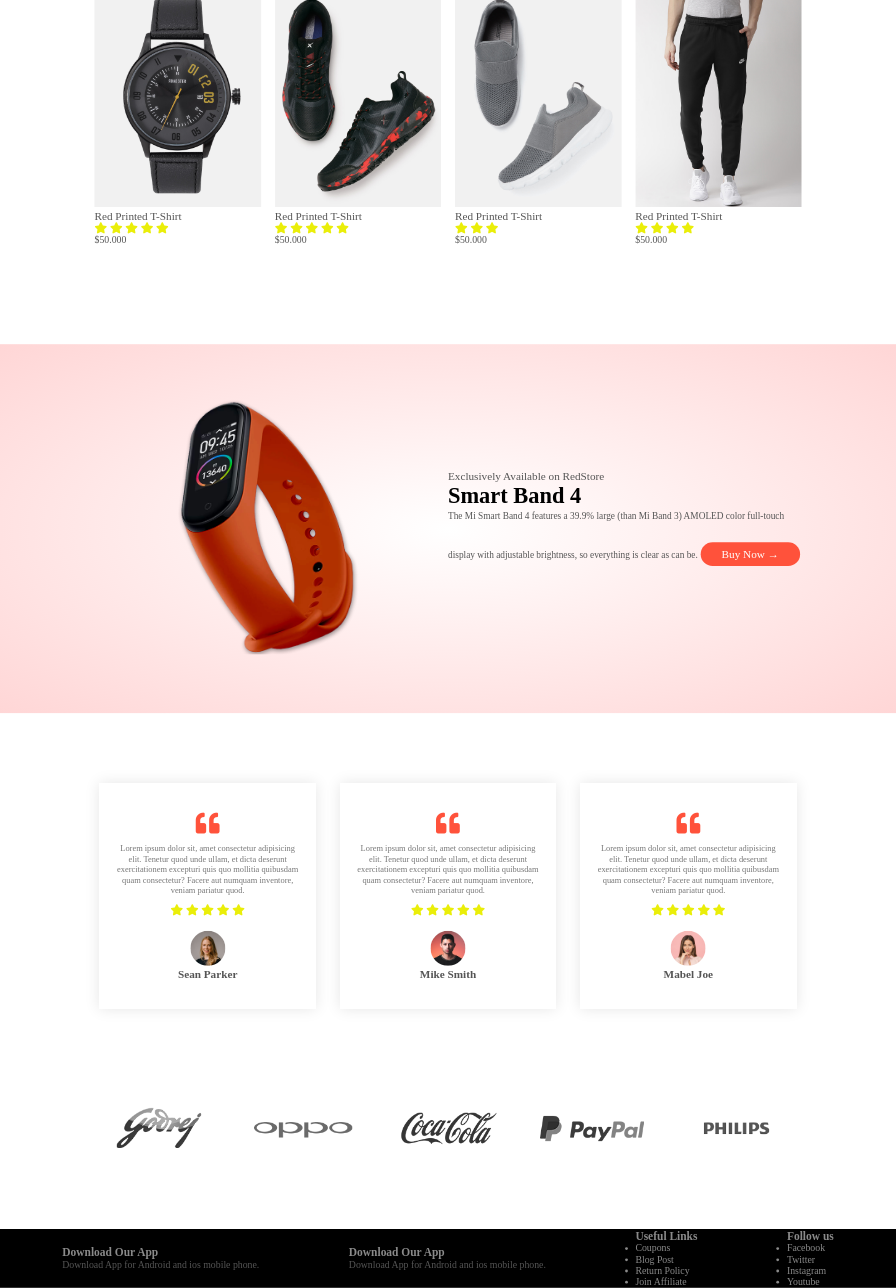
Repository: tuan21052000/Frontend
Page: index.html
These files come from the project's save history. The page is drawn as it stood at one moment and after the next save; the edit follows.
The browser window is 1280 px wide. The pictures show the part of the page from y = 2494 to 4414 px (the page is 4334 px tall before and 4414 px after), at 70% of full size.

Above is the page before, as saved 2022-05-09 21:35:05.

After the next save:
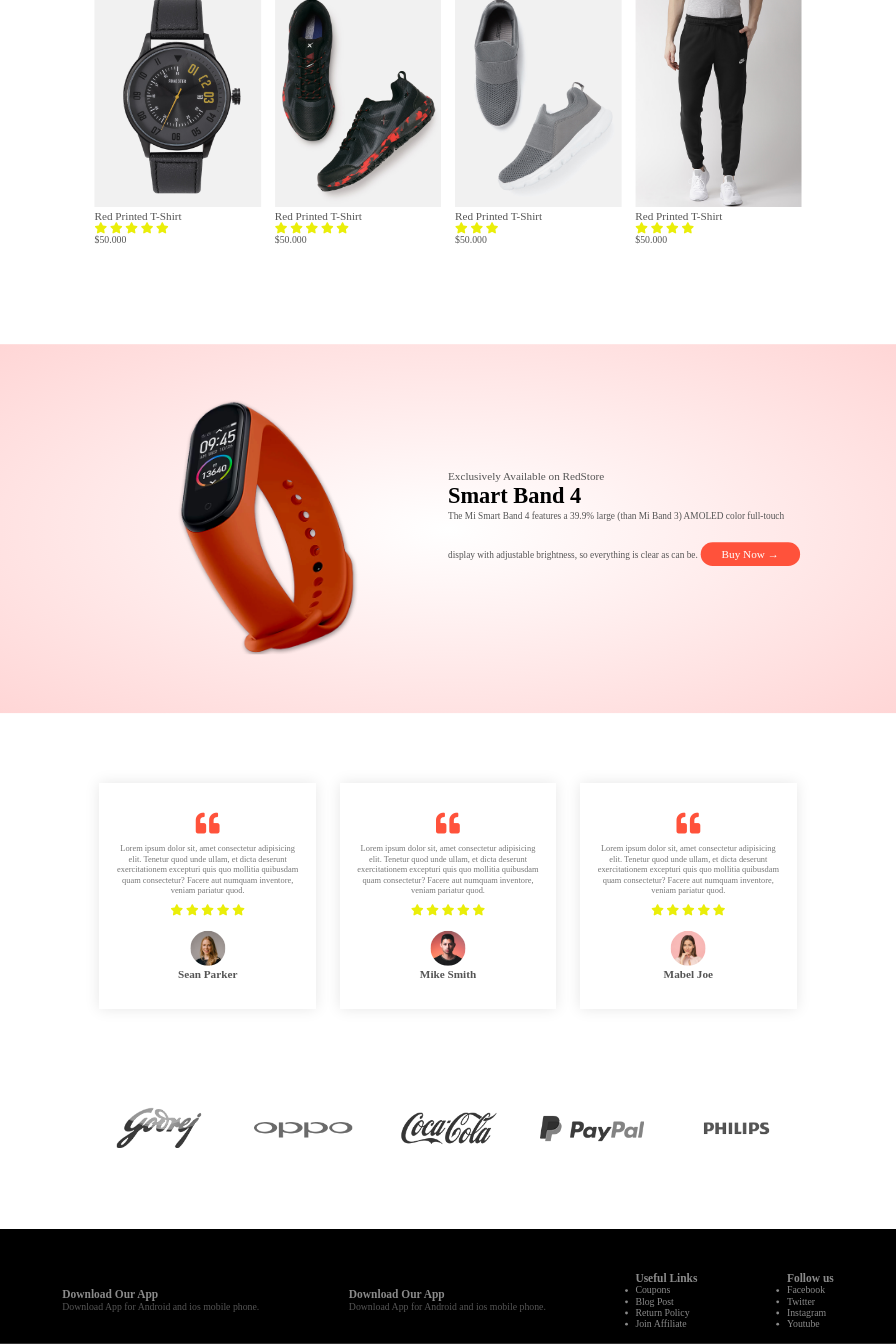
Saved 8 s later.
--- a/style.css
+++ b/style.css
@@ -189,4 +189,5 @@
     background: #000;
     color: #8a8a8a;
     font-size: 14px;
+    padding: 60px 0 20px;
 }
